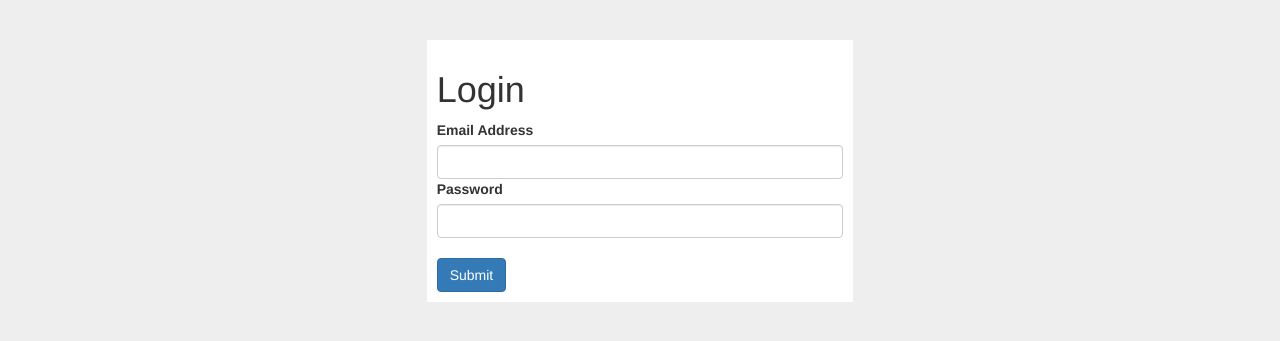
Repository: neoighodaro-articles/migrating-to-laravel
Page: http://localhost/
An editor plug-in stored every save of this project. The page is shown before and after the next save, followed by the edit.
The browser window is 1280 px wide. The pictures show the whole page.
The page is run by PHP 8.4 with error messages shown; the project is at /var/www/html/.

Above is the page before, as saved 2018-06-12 22:39:42.

### vanilla/index.php
<?php session_start(); ?>
<!DOCTYPE html>
<html lang="en">
<head>
  <meta charset="UTF-8">
  <meta name="viewport" content="width=device-width, initial-scale=1.0">
  <meta http-equiv="X-UA-Compatible" content="ie=edge">
  <title>Vanilla Todo App</title>
  <link rel="stylesheet" href="https://maxcdn.bootstrapcdn.com/bootstrap/3.3.7/css/bootstrap.min.css" integrity="sha384-BVYiiSIFeK1dGmJRAkycuHAHRg32OmUcww7on3RYdg4Va+PmSTsz/K68vbdEjh4u" crossorigin="anonymous">
  <style>
    body {
      background: #EEE;
    }
    .login {
      background: #FFF;
      padding: 10px;
      margin-top: 40px;
    }
  </style>
</head>
<body>
  <div class="rows">
    <div class="col-md-4 col-md-offset-4 login">
      <form method="POST">
        <h1> Login </h1>
        <label>Email Address</label>
        <input type="text" class="form-control" name="email" required>
        <label>Password</label>
        <input type="password" class="form-control" name="pass" required>
        <br>
        <button type="submit" name="btnLogin" class="btn btn-primary">Submit</button>

        <?php

          require_once 'functions.php';
          if( isset($_POST['btnLogin'])):
            $email = $_POST['email'];
            $pass = $_POST['pass'];
            $query = $pdo->prepare('SELECT * FROM users WHERE email = ? AND password=?');
            $query->execute([$email, $pass]);
            $rows = $query->rowCount();

            if( $rows > 0 ):
              $_SESSION['user_id'] = $email;
              header('location: pages/home.php');
            else: ?>
              <div class="alert alert-danger">
                <b> Invalid Information supplied</b>
              </div>
            <?php endif ?>
        <?php endif ?>
      </form>
    </div>
  </div>
</body>
</html>

### vanilla/functions.php
<?php
 $host = 'localhost';
 $dbname= 'vanilla';
 $user   = 'root';
 $pwd    = 'root';

 try{
   $pdo = new PDO('mysql:host='. $host. ';dbname='. $dbname, $user, $pwd);
  //  echo "connected";
 } catch(PDOException $e) {
   echo "Unable to connect" . $e->getMessage();
 }

After the next save:
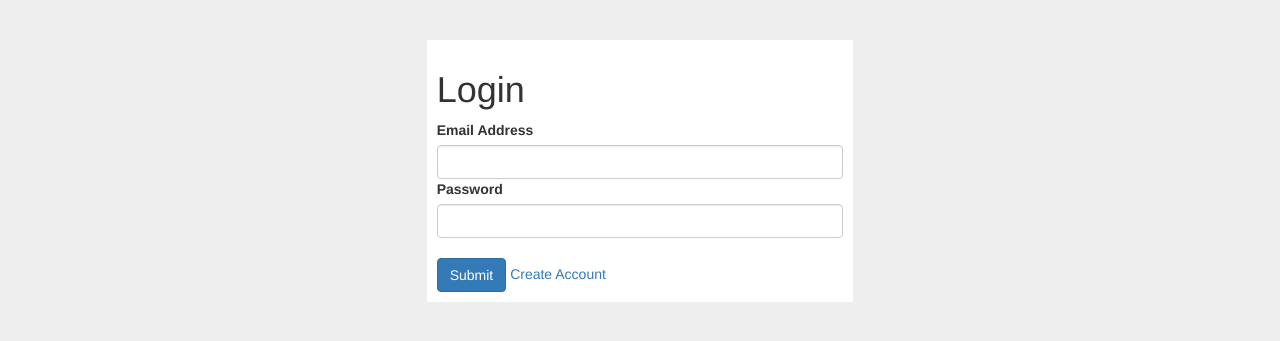
Saved 46 s later.
--- a/vanilla/index.php
+++ b/vanilla/index.php
@@ -29,7 +29,7 @@
         <input type="password" class="form-control" name="pass" required>
         <br>
         <button type="submit" name="btnLogin" class="btn btn-primary">Submit</button>
-
+        <a href="register.php">Create Account</a>
         <?php
 
           require_once 'functions.php';
